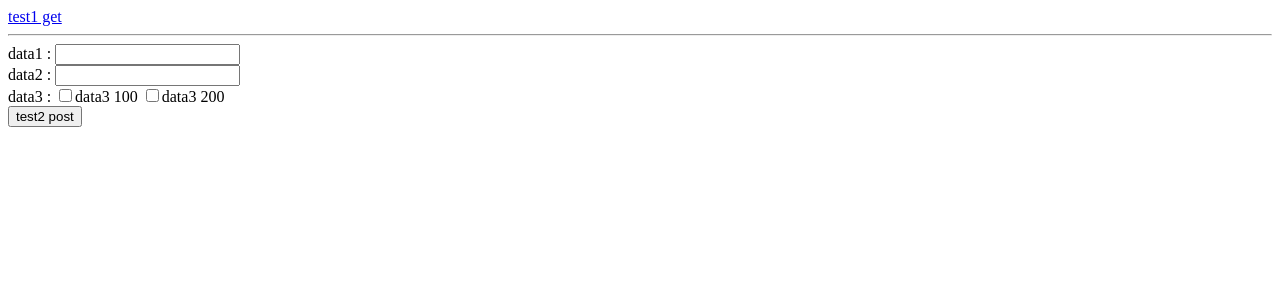
Repository: sudale/java_study
Page: http://localhost/GetParameter/
An editor plug-in stored every save of this project. The page is shown before and after the next save, followed by the edit.
The browser window is 1280 px wide. The pictures show the whole page.
The page is served by Tomcat 9. Other server files are loaded and not shown.

Above is the page before, as saved 2022-12-08 05:33:46.

### GetParameter/WebContent/WEB-INF/views/index.jsp
<%@ page language="java" contentType="text/html; charset=UTF-8"
	pageEncoding="UTF-8"%>
<!DOCTYPE html>
<html>
<head>
<meta charset="UTF-8">
<title>Insert title here</title>
</head>
<body>
	<a href='test1?data1=100&data2=200&data3=300&data3=400'>test1 get</a>
	<br />
	<hr />
	<form action='test2' method='post'>
		data1 : <input type='text' name='data1' /><br /> data2 : <input
			type='text' name='data2' /><br /> data3 : <input type='checkbox'
			name='data3' value='100' />data3 100 <input type='checkbox'
			name='data3' value='200' />data3 200<br />
		<button type='submit'>test2 post</button>
	</form>
</body>
</html>

After the next save:
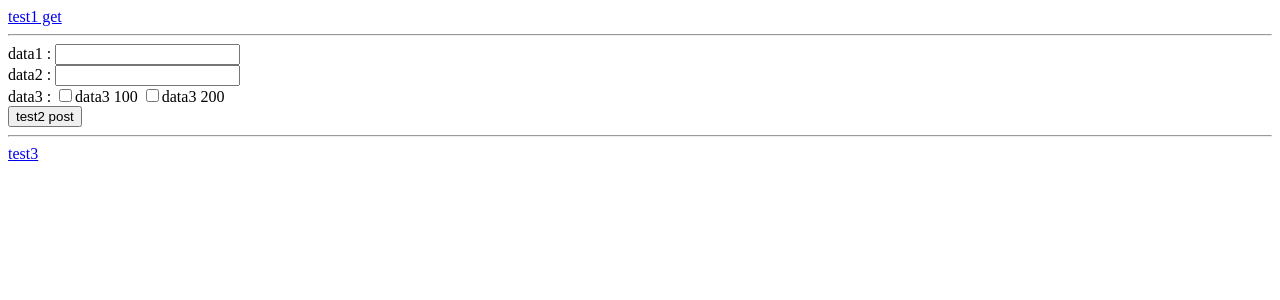
Saved 20 min 49 s later.
--- a/GetParameter/WebContent/WEB-INF/views/index.jsp
+++ b/GetParameter/WebContent/WEB-INF/views/index.jsp
@@ -17,5 +17,8 @@
 			name='data3' value='200' />data3 200<br />
 		<button type='submit'>test2 post</button>
 	</form>
+	<hr />
+	<a href='test3/100/200/300'>test3</a>
+	<br />
 </body>
 </html>
